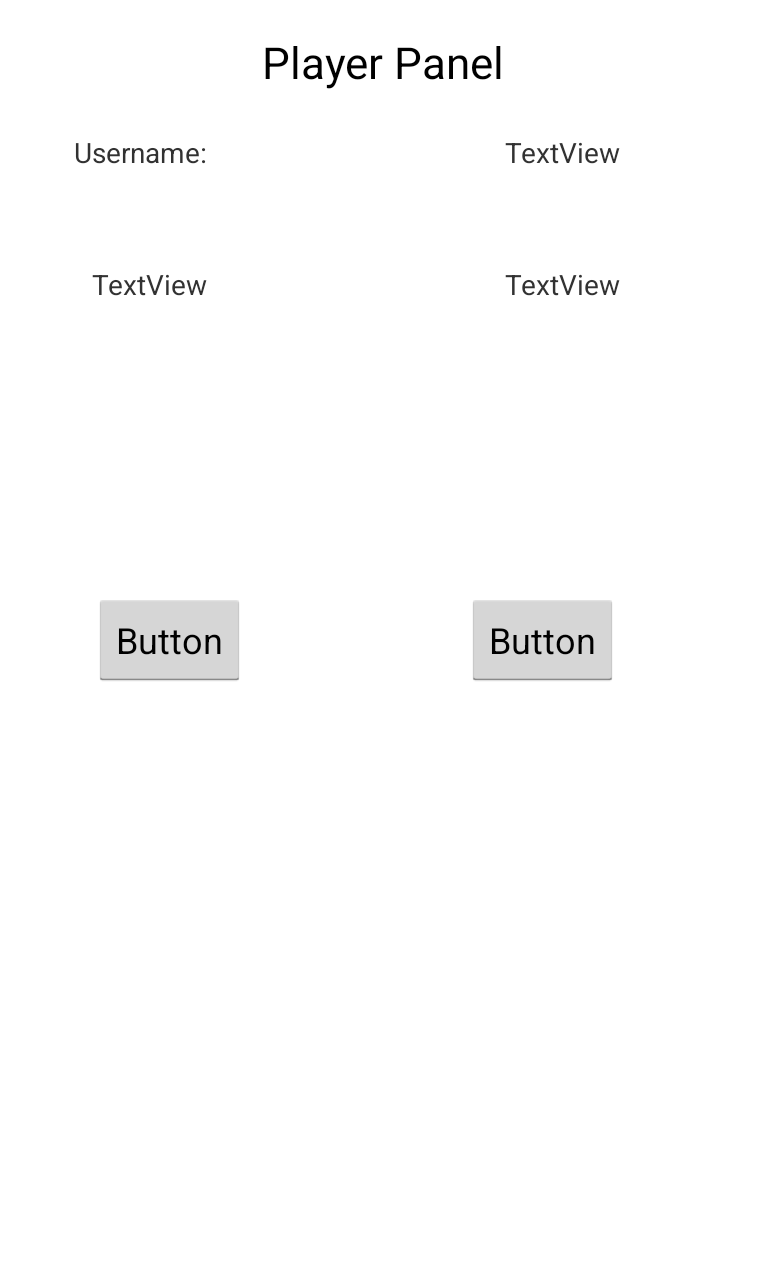
Repository: Sharkeysps/AndroidProjects
Layout: AndroidQuiz/Quiz/res/layout/activity_player_panel.xml
These files come from the project's save history. The layout is drawn as it stood at one moment and after the next save; the edit follows.
It is drawn on a 768 x 1280 px phone screen (xhdpi) without system bars, with theme AppTheme; the app's code is not run.

Above is the layout before, as saved 2014-02-01 10:21:29.

After the next save:
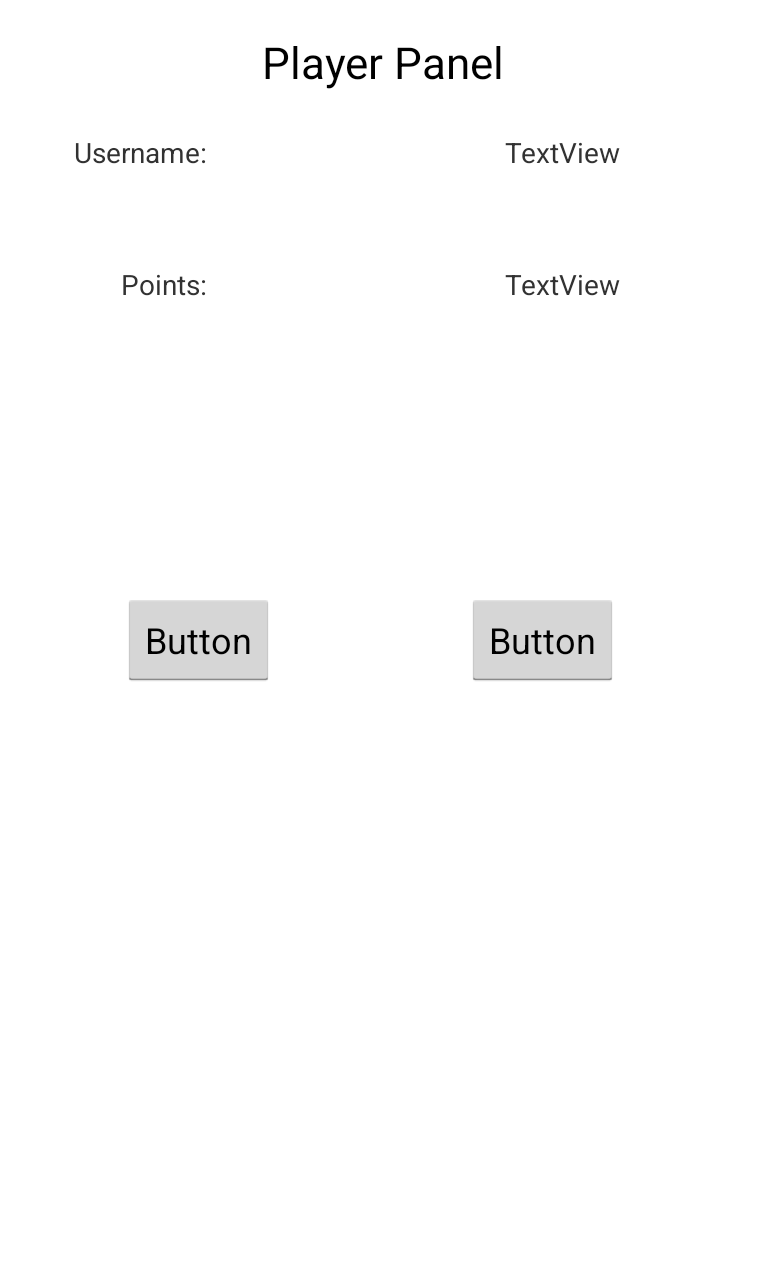
Saved 9 s later.
--- a/AndroidQuiz/Quiz/res/layout/activity_player_panel.xml
+++ b/AndroidQuiz/Quiz/res/layout/activity_player_panel.xml
@@ -42,7 +42,7 @@
         android:layout_alignRight="@+id/textView2"
         android:layout_below="@+id/textView2"
         android:layout_marginTop="47dp"
-        android:text="TextView" />
+        android:text="Points:" />
 
     <TextView
         android:id="@+id/playerPoints"
